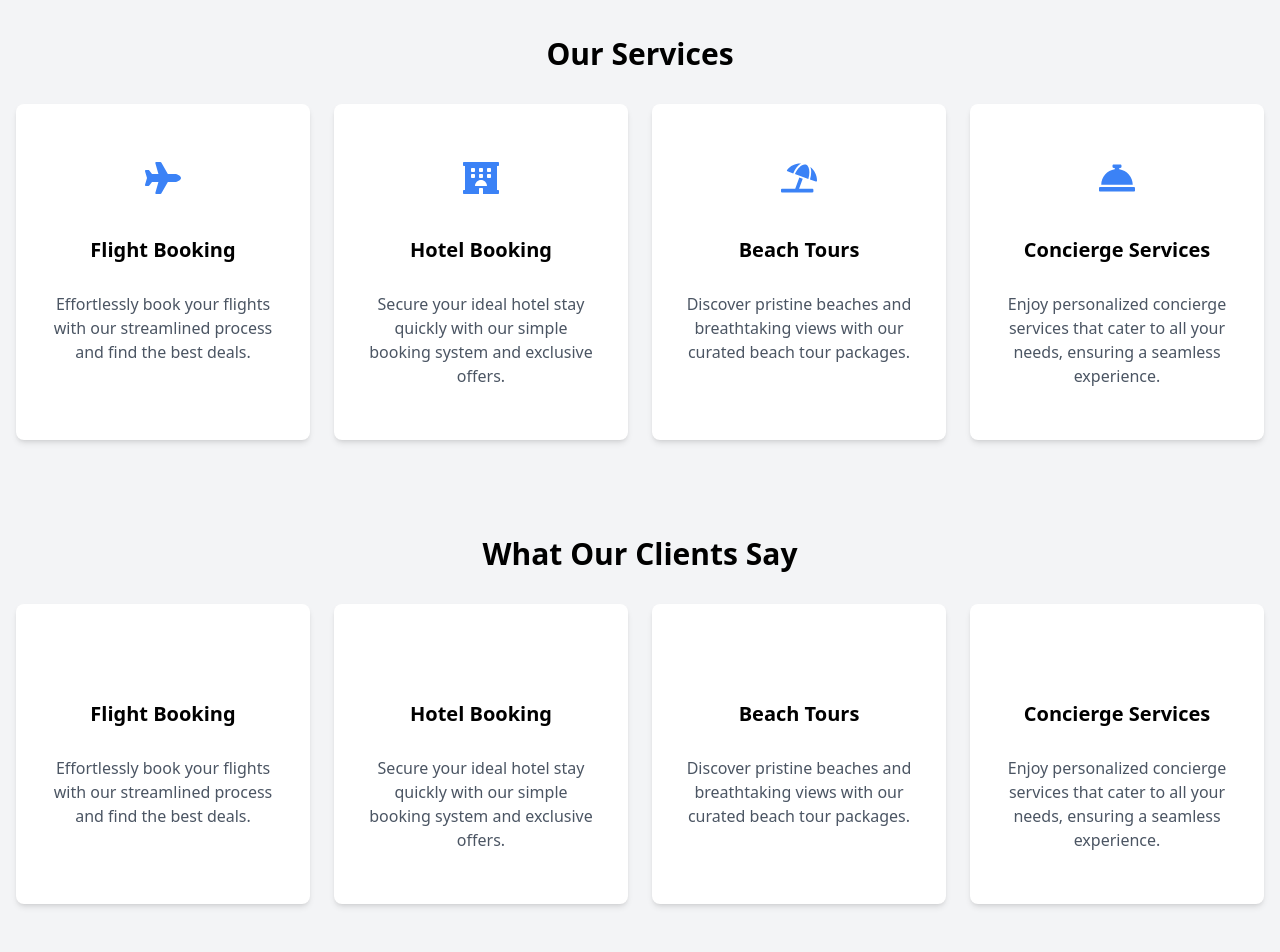
Repository: thisara199/Travel-Agency-Website
Page: /
These files come from the project's save history. The page is drawn as it stood at one moment and after the next save; the edit follows.
The browser window is 1280 px wide. The pictures show the part of the page from y = 1180 to 2132 px (the page is 2132 px tall before and 2036 px after).
The project was rebuilt for these pictures with package versions that can differ from the ones it lists, and the page was loaded fresh each time. Also part of the build but not shown: vite.config.js.

Above is the page before, as saved 2024-09-04 06:00:54.

After the next save:
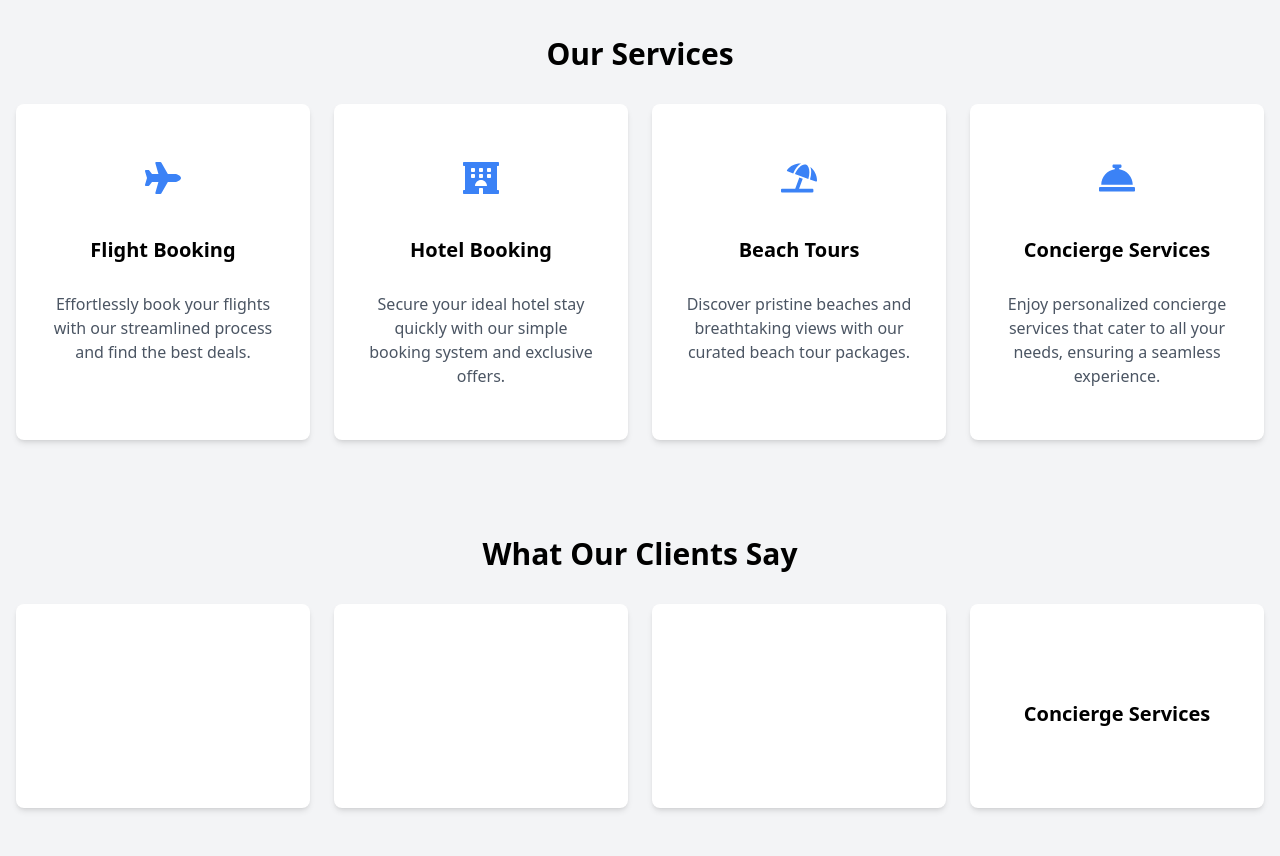
Saved 106 s later.
--- a/src/components/Testimonials/Testimonials.jsx
+++ b/src/components/Testimonials/Testimonials.jsx
@@ -3,23 +3,23 @@
 const Clients = [
   {
     name: 'John Doe',
-    title: 'Flight Booking',
-    description: 'Effortlessly book your flights with our streamlined process and find the best deals.',
+    text: 'I had an amazing experience with Booking.com. The website was easy to navigate, and the booking process was straightforward. I highly recommend it!',
+    location: 'New York, USA',
   },
   {
     name: 'Jane Smith',
-    title: 'Hotel Booking',
-    description: 'Secure your ideal hotel stay quickly with our simple booking system and exclusive offers.',
+    text: 'I had an amazing experience with Booking.com. The website was easy to navigate, and the booking process was straightforward. I highly recommend it!',
+    location: 'London, UK',
   },
   {
     name: 'Michael Johnson',
-    title: 'Beach Tours',
-    description: 'Discover pristine beaches and breathtaking views with our curated beach tour packages.',
+    text: 'I had an amazing experience with Booking.com. The website was easy to navigate, and the booking process was straightforward. I highly recommend it!',
+    location: 'Sydney, Australia',
   },
   {
    name: 'Emily Davis',
     title: 'Concierge Services',
-    description: 'Enjoy personalized concierge services that cater to all your needs, ensuring a seamless experience.',
+    location: 'Paris, France',
   },
 ];
 
